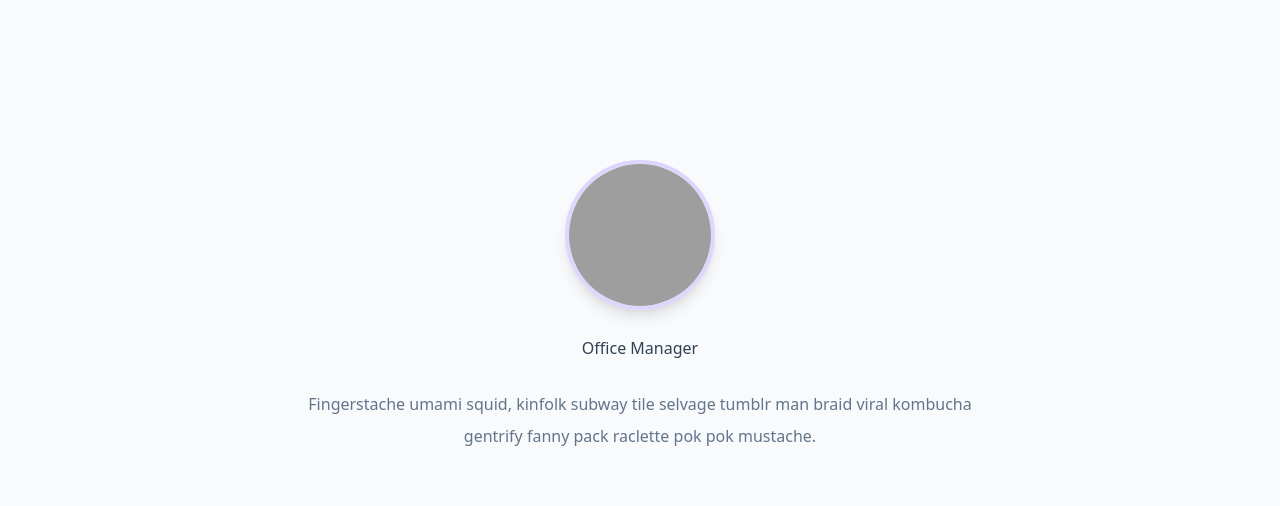
Repository: Maryie-B/React-Practice-Projects
Page: / (app in Slider/)
The author's editor kept a copy of each file at every save. The page is drawn from the files as they stood at one save, then again after the next save.
The browser window is 1280 px wide. The pictures show the whole page.
Pictures or frames that could not be fetched are drawn as grey boxes. The project was rebuilt for these pictures with package versions that can differ from the ones it lists, and the page was loaded fresh each time. Also part of the build but not shown: Slider/vite.config.js.

Above is the page before, as saved 2023-06-08 12:08:42.

### Slider/src/App.jsx
import Carousel from "./Carousel";



const App = () => {
  return (
    <main>
      <Carousel />
    </main>
  );
};
export default App;

### Slider/src/Carousel.jsx
import React, { useState } from 'react'
import {shortList, list, longList} from './data';


const Carousel = () => {
    const [people, setPeople] = useState(shortList);
  return (
    <section className='slider-container' >
      {people.map((person) => {
        const { id, image, title, quote } = person;
        return <article className="slide" key={id} >
            <img src={image} alt={name} className='person-img'/>
            <h5 className="name">{name}</h5>
            <p className="title">{title}</p>
            <p className="text">{quote}</p>
        </article>
      })}

    </section>
  )
}

export default Carousel

### Slider/src/data.js
export const shortList = [
  {
    id: 1,
    image:
      'https://res.cloudinary.com/diqqf3eq2/image/upload/v1595959131/person-2_ipcjws.jpg',
    name: 'maria ferguson',
    title: 'office manager',
    quote:
      'Fingerstache umami squid, kinfolk subway tile selvage tumblr man braid viral kombucha gentrify fanny pack raclette pok pok mustache.',
  },
];

export const list = [
  {
    id: 1,
    image:
      'https://res.cloudinary.com/diqqf3eq2/image/upload/v1595959131/person-2_ipcjws.jpg',
    name: 'maria ferguson',
    title: 'office manager',
    quote:
      'Fingerstache umami squid, kinfolk subway tile selvage tumblr man braid viral kombucha gentrify fanny pack raclette pok pok mustache.',
  },
  {
    id: 2,
    image:
      'https://res.cloudinary.com/diqqf3eq2/image/upload/v1586883417/person-3_ipa0mj.jpg',
    name: 'john doe',
    title: 'regular guy',
    quote:
      'Gastropub sustainable tousled prism occupy. Viral XOXO roof party brunch actually, chambray listicle microdosing put a bird on it paleo subway tile squid umami.',
  },
  {
    id: 3,
    image:
      'https://res.cloudinary.com/diqqf3eq2/image/upload/v1595959121/person-1_aufeoq.jpg',
    name: 'peter smith',
    title: 'product designer',
    quote:
      'Drinking vinegar polaroid street art echo park, actually semiotics next level butcher master cleanse hammock flexitarian ethical paleo.',
  },
  {
    id: 4,
    image:
      'https://res.cloudinary.com/diqqf3eq2/image/upload/v1586883334/person-1_rfzshl.jpg',
    name: 'susan andersen',
    title: 'the boss',
    quote:
      'Marfa af yr 3 wolf moon kogi, readymade distillery asymmetrical seitan kale chips fingerstache cloud bread mustache twee messenger bag. ',
  },
];

export const longList = [
  {
    id: 1,
    image:
      'https://res.cloudinary.com/diqqf3eq2/image/upload/v1595959131/person-2_ipcjws.jpg',
    name: 'maria ferguson',
    title: 'office manager',
    quote:
      'Fingerstache umami squid, kinfolk subway tile selvage tumblr man braid viral kombucha gentrify fanny pack raclette pok pok mustache.',
  },
  {
    id: 2,
    image:
      'https://res.cloudinary.com/diqqf3eq2/image/upload/v1586883417/person-3_ipa0mj.jpg',
    name: 'john doe',
    title: 'regular guy',
    quote:
      'Gastropub sustainable tousled prism occupy. Viral XOXO roof party brunch actually, chambray listicle microdosing put a bird on it paleo subway tile squid umami.',
  },
  {
    id: 3,
    image:
      'https://res.cloudinary.com/diqqf3eq2/image/upload/v1595959121/person-1_aufeoq.jpg',
    name: 'peter smith',
    title: 'product designer',
    quote:
      'Drinking vinegar polaroid street art echo park, actually semiotics next level butcher master cleanse hammock flexitarian ethical paleo.',
  },
  {
    id: 4,
    image:
      'https://res.cloudinary.com/diqqf3eq2/image/upload/v1586883334/person-1_rfzshl.jpg',
    name: 'susan andersen',
    title: 'the boss',
    quote:
      'Marfa af yr 3 wolf moon kogi, readymade distillery asymmetrical seitan kale chips fingerstache cloud bread mustache twee messenger bag. ',
  },
  {
    id: 5,
    image:
      'https://res.cloudinary.com/diqqf3eq2/image/upload/v1595959131/person-2_ipcjws.jpg',
    name: 'maria ferguson',
    title: 'office manager',
    quote:
      'Fingerstache umami squid, kinfolk subway tile selvage tumblr man braid viral kombucha gentrify fanny pack raclette pok pok mustache.',
  },
  {
    id: 6,
    image:
      'https://res.cloudinary.com/diqqf3eq2/image/upload/v1586883417/person-3_ipa0mj.jpg',
    name: 'john doe',
    title: 'regular guy',
    quote:
      'Gastropub sustainable tousled prism occupy. Viral XOXO roof party brunch actually, chambray listicle microdosing put a bird on it paleo subway tile squid umami.',
  },
  {
    id: 7,
    image:
      'https://res.cloudinary.com/diqqf3eq2/image/upload/v1595959121/person-1_aufeoq.jpg',
    name: 'peter smith',
    title: 'product designer',
    quote:
      'Drinking vinegar polaroid street art echo park, actually semiotics next level butcher master cleanse hammock flexitarian ethical paleo.',
  },
  {
    id: 8,
    image:
      'https://res.cloudinary.com/diqqf3eq2/image/upload/v1586883334/person-1_rfzshl.jpg',
    name: 'susan andersen',
    title: 'the boss',
    quote:
      'Marfa af yr 3 wolf moon kogi, readymade distillery asymmetrical seitan kale chips fingerstache cloud bread mustache twee messenger bag. ',
  },
];

Loaded but not shown: Slider/index.html (common file); Slider/src/main.jsx (common file); Slider/src/index.css (common file)

After the next save:
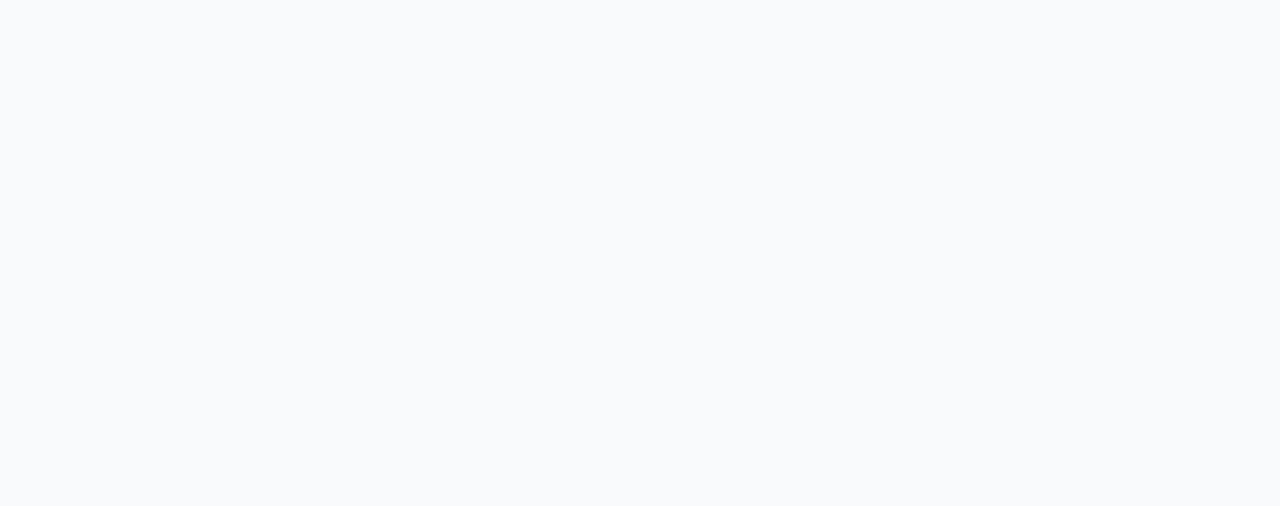
Console error (its wording comes from the project's code and is left out).
Saved 92 s later.
--- a/Slider/src/Carousel.jsx
+++ b/Slider/src/Carousel.jsx
@@ -1,5 +1,6 @@
 import React, { useState } from 'react'
 import {shortList, list, longList} from './data';
+import { FaQouteRight } from 'react-icons/fa'
 
 
 const Carousel = () => {
@@ -13,6 +14,7 @@
             <h5 className="name">{name}</h5>
             <p className="title">{title}</p>
             <p className="text">{quote}</p>
+            <FaQouteRight />
         </article>
       })}
 

After the 2 saves that followed:
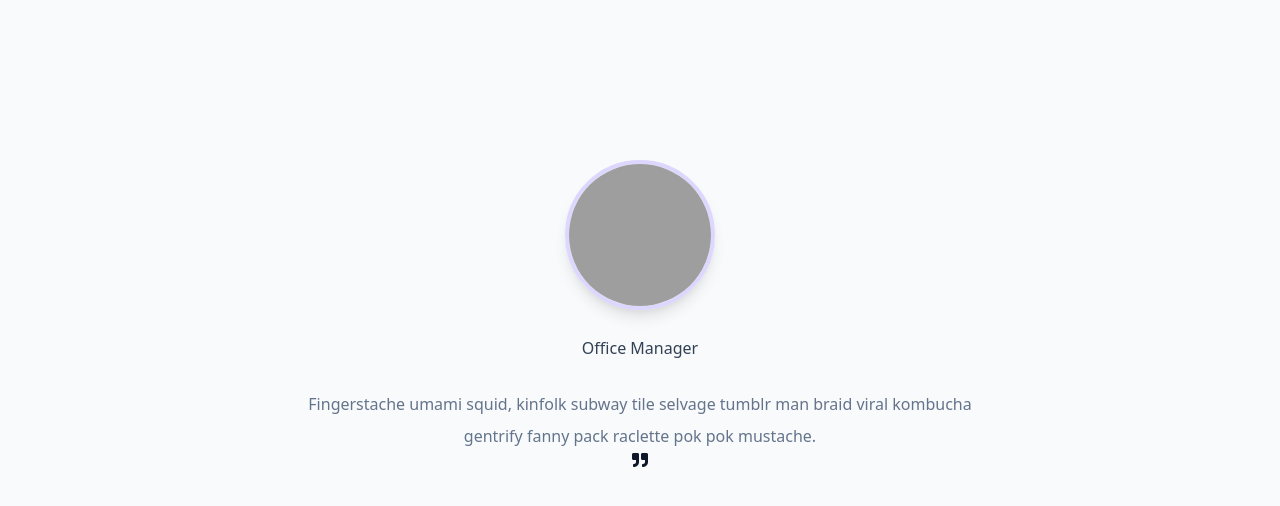
The error is gone.
The 2 saves are shown as one change because 1 left the picture as it was.
The last was saved 5 min 14 s later.
--- a/Slider/src/Carousel.jsx
+++ b/Slider/src/Carousel.jsx
@@ -1,6 +1,7 @@
 import React, { useState } from 'react'
 import {shortList, list, longList} from './data';
-import { FaQouteRight } from 'react-icons/fa'
+import { FaQuoteRight } from 'react-icons/fa';
+import { FiChevronLeft } from 'react-icons/fi';
 
 
 const Carousel = () => {
@@ -14,7 +15,7 @@
             <h5 className="name">{name}</h5>
             <p className="title">{title}</p>
             <p className="text">{quote}</p>
-            <FaQouteRight />
+            <FaQuoteRight />
         </article>
       })}
 
